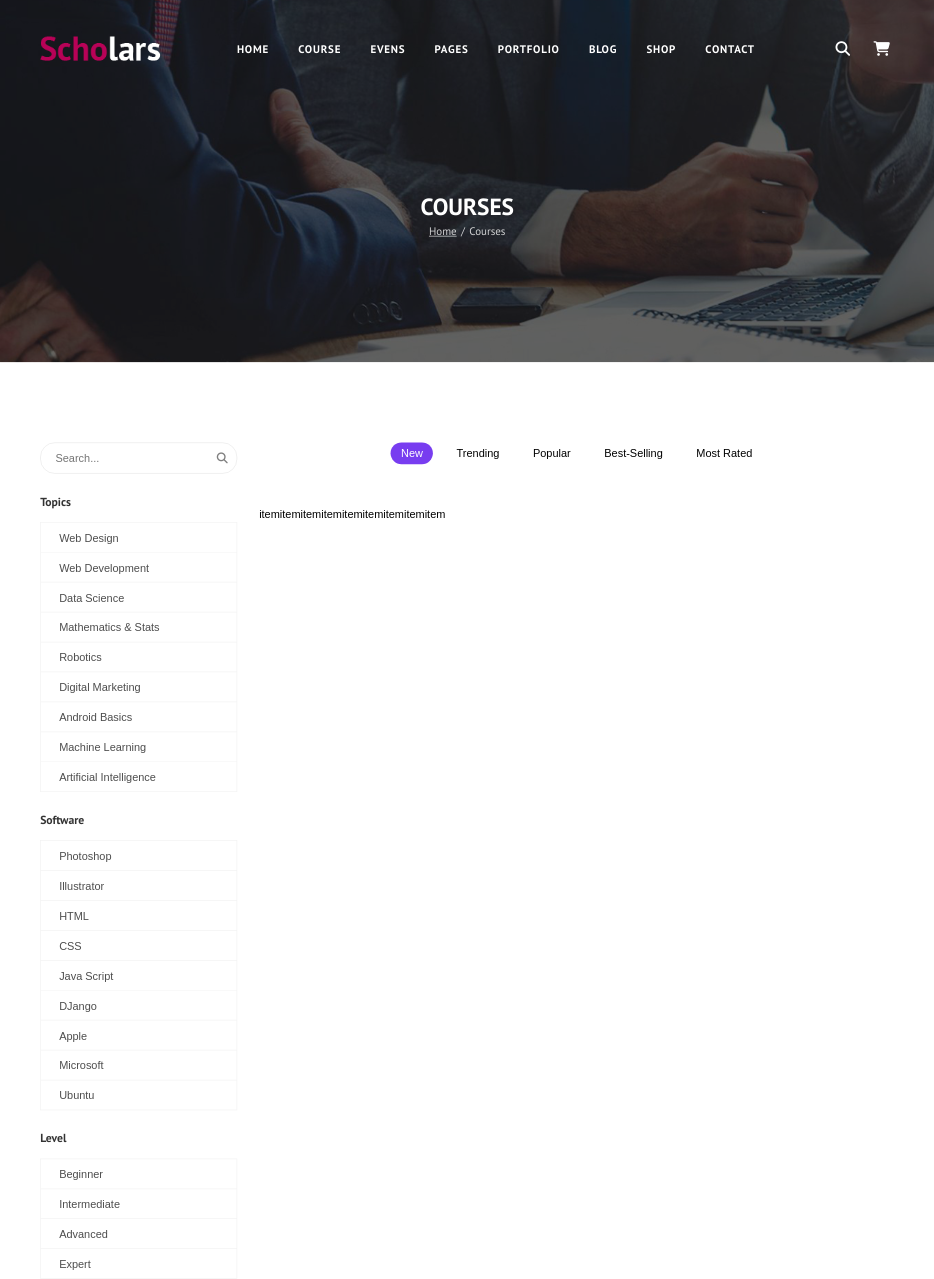
Repository: lannguyen1301/f8-zoom-day-7
Page: index.html
These files come from the project's save history. The page is drawn as it stood at one moment and after the next save; the edit follows.
The browser window is 1280 px wide. The pictures show the whole page, at 73% of full size.
Some web fonts or font styles are not loaded; a fallback is used.

Above is the page before, as saved 2025-04-24 23:52:07.

### index.html
<!DOCTYPE html>
<html lang="en">

<head>
    <meta charset="UTF-8">
    <meta name="viewport" content="width=device-width, initial-scale=1.0">
    <title>Scholars - Education, University & LMS HTML Template</title>

    <!-- Styles -->
    <link rel="stylesheet" href="./assets/css/reset.css">
    <link rel="stylesheet" href="./assets/css/style.css">

    <!-- Icon Font Awesome -->
    <link rel="stylesheet" href="https://cdnjs.cloudflare.com/ajax/libs/font-awesome/6.7.2/css/all.min.css"
        integrity="sha512-Evv84Mr4kqVGRNSgIGL/F/aIDqQb7xQ2vcrdIwxfjThSH8CSR7PBEakCr51Ck+w+/U6swU2Im1vVX0SVk9ABhg=="
        crossorigin="anonymous" referrerpolicy="no-referrer" />

    <!-- Font -->
    <link rel="preconnect" href="https://fonts.googleapis.com">
    <link rel="preconnect" href="https://fonts.gstatic.com" crossorigin>

    <link
        href="https://fonts.googleapis.com/css2?family=PT+Sans:ital,wght@0,400;0,700;1,400;1,700&family=Source+Sans+3:ital,wght@0,200..900;1,200..900&display=swap"
        rel="stylesheet">
</head>

<body>
    <div class="wrapper">
        <!-- Start header wrapper -->
        <div class="header-wrapper">
            <div class="inner">
                <div class="container header-container">
                    <!-- Start Header -->
                    <div class="header">
                        <!-- logo -->
                        <a href="./">
                            <img src="./assets/img/logo/logo.png" alt="Scholars Logo" class="header-logo">
                        </a>

                        <!-- Start Navigation -->
                        <ul class="nav">
                            <li class="item">
                                <a href="#!" class="link">Home</a>
                            </li>
                            <li class="item">
                                <a href="#!" class="link">Course</a>
                            </li>
                            <li class="item">
                                <a href="#!" class="link">Evens</a>
                            </li>
                            <li class="item">
                                <a href="#!" class="link">pages</a>
                            </li>
                            <li class="item">
                                <a href="#!" class="link">Portfolio</a>
                            </li>
                            <li class="item">
                                <a href="#!" class="link">Blog</a>
                            </li>
                            <li class="item">
                                <a href="#!" class="link">Shop</a>
                            </li>
                            <li class="item">
                                <a href="#!" class="link">Contact</a>
                            </li>
                        </ul>
                        <!-- End Navigation -->

                        <!-- User action -->
                        <div class="action-wrapper">
                            <button class="action-btn">
                                <i class="fa-solid fa-magnifying-glass"></i>
                            </button>
                            <button class="action-btn">
                                <i class="fa-solid fa-cart-shopping"></i>
                            </button>
                        </div>
                    </div>
                    <!-- End Header -->

                    <!-- Start Header Content -->
                    <div class="header-content">
                        <h1 class="heading">COURSES</h1>
                        <ul class="breadcrumb">
                            <li>
                                <a href="#!">Home</a>
                            </li>
                            <li>Courses</li>
                        </ul>
                    </div>
                    <!-- End Header Content -->
                </div>
            </div>
        </div>
        <!-- End header wrapper -->

        <!-- Start main -->
        <div class="main">
            <div class="container">
                <div class="inner">
                    <!-- Start sidebar -->
                    <div class="sidebar">
                        <!-- Start search form -->
                        <form action="" class="search-form" autocomplete="off">
                            <input type="text" name="" id="" placeholder="Search..." spellcheck="false"
                                class="search-input">
                            <button class="search-btn">
                                <i class="fa-solid fa-magnifying-glass"></i>
                            </button>
                        </form>
                        <!-- End search form -->

                        <!-- Start sidebar menu -->
                        <h2 class="menu-title">
                            Topics
                        </h2>
                        <ul class="menu">
                            <li>
                                <a href="#!">Web Design</a>
                            </li>
                            <li>
                                <a href="#!">Web Development</a>
                            </li>
                            <li>
                                <a href="#!">Data Science</a>
                            </li>
                            <li>
                                <a href="#!">Mathematics & Stats</a>
                            </li>
                            <li>
                                <a href="#!">Robotics</a>
                            </li>
                            <li>
                                <a href="#!">Digital Marketing</a>
                            </li>
                            <li>
                                <a href="#!">Android Basics</a>
                            </li>
                            <li>
                                <a href="#!">Machine Learning</a>
                            </li>
                            <li>
                                <a href="#!">Artificial Intelligence</a>
                            </li>
                        </ul>

                        <h2 class="menu-title">
                            Software
                        </h2>
                        <ul class="menu">
                            <li>
                                <a href="#!">Photoshop</a>
                            </li>
                            <li>
                                <a href="#!">Illustrator</a>
                            </li>
                            <li>
                                <a href="#!">HTML</a>
                            </li>
                            <li>
                                <a href="#!">CSS</a>
                            </li>
                            <li>
                                <a href="#!">Java Script</a>
                            </li>
                            <li>
                                <a href="#!">DJango</a>
                            </li>
                            <li>
                                <a href="#!">Apple</a>
                            </li>
                            <li>
                                <a href="#!">Microsoft</a>
                            </li>
                            <li>
                                <a href="#!">Ubuntu</a>
                            </li>
                        </ul>

                        <h2 class="menu-title">
                            Level
                        </h2>
                        <ul class="menu">
                            <li>
                                <a href="#!">Beginner</a>
                            </li>
                            <li>
                                <a href="#!">Intermediate</a>
                            </li>
                            <li>
                                <a href="#!">Advanced</a>
                            </li>
                            <li>
                                <a href="#!">Expert</a>
                            </li>
                        </ul>
                        <!-- End sidebar menu -->
                    </div>
                    <!-- End sidebar -->

                    <!-- Start main content -->
                    <div class="main-content">
                        <!-- Start topics -->
                        <ul class="topics">
                            <li class="active">
                                <a href="#!">New</a>
                            </li>
                            <li>
                                <a href="#!">Trending</a>
                            </li>
                            <li>
                                <a href="#!">Popular</a>
                            </li>
                            <li>
                                <a href="#!">Best-Selling</a>
                            </li>
                            <li>
                                <a href="#!">Most Rated</a>
                            </li>
                        </ul>
                        <!-- End topics -->

                        <!-- Start Courses lisst -->
                        <div class="courses-list">
                            <div class="courses-item">item</div>
                            <div class="courses-item">item</div>
                            <div class="courses-item">item</div>
                            <div class="courses-item">item</div>
                            <div class="courses-item">item</div>
                            <div class="courses-item">item</div>
                            <div class="courses-item">item</div>
                            <div class="courses-item">item</div>
                            <div class="courses-item">item</div>
                        </div>
                        <!-- End Courses lisst -->
                    </div>
                    <!-- End main content -->
                </div>
            </div>
        </div>
        <!-- End main -->
    </div>

</body>

</html>

### assets/css/style.css
*,
::before,
::after {
    box-sizing: border-box;
}

:root {
    --heading-font: "PT Sans", sans-serif;
    --black: #000;
    --white: #fff;
    --primary: #b80257;
    --secondary: #783df0;
}

html {
    font-size: 62.5%;
}

body {
    scroll-behavior: smooth;
    font-family: "Source Sans 3", sans-serif;
    font-size: 1.5rem;
}

h1,
h2,
h3,
h4,
h5,
h6 {
    font-family: var(--heading-font);
    font-weight: 700;
}

input,
button {
    border: none;
    outline: none;
    background: transparent;
    cursor: pointer;
}

a,
img,
button,
input,
textarea,
select {
    font-size: inherit;
    font-family: inherit;
    color: inherit;
    -webkit-tap-highlight-color: transparent;
    /**
        Thuộc tính -webkit-tap-highlight-color được sử dụng trong CSS
        để kiểm soát hiệu ứng highlight (màu nhấp nháy) khi người dùng chạm vào
        một phần tử trên các thiết bị di động sử dụng trình duyệt WebKit (Safari, Chrome trên iOS).
    **/
}

.container {
    width: 1170px;
    max-width: 100%;
    margin: 0 auto;
}

/* Start header wrapper */
.header-wrapper {
    display: flex;
    width: 100%;
    min-height: 496px;
    background-image: url(../img/banner/banner-2.jpg);
    background-repeat: no-repeat;
    background-size: cover;
    background-position: center;
}

.header-wrapper .inner {
    display: flex;
    width: 100%;
    background: rgba(0, 0, 0, 0.6);
}

.header-container {
    display: flex;
    flex-direction: column;
}

.header {
    display: flex;
    align-items: center;
    justify-content: space-between;
    padding-top: 40px;
}

.header-content {
    display: flex;
    flex-direction: column;
    align-items: center;
    justify-content: center;
    gap: 10px;
    flex-grow: 1;
    color: var(--white);
}

.header .nav {
    display: flex;
}

.nav a {
    display: inline-block;
    padding: 20px;
    color: var(--white);
    text-transform: uppercase;
    text-decoration: none;
    font-family: var(--heading-font);
    font-weight: 700;
    font-size: 1.5rem;
    letter-spacing: 1.1px;
}

.action-wrapper {
    display: flex;
    align-items: center;
    justify-content: center;
    gap: 20px;
}

.action-btn {
    font-size: 2rem;
    color: var(--white);
}

h1.heading {
    font-size: 3.2rem;
}

.breadcrumb {
    display: flex;
    font-family: var(--heading-font);
    font-size: 1.5rem;
    color: #fffc;
}

.breadcrumb li + li::before {
    content: "/";
    padding: 0 6px;
}

/* Start main */
.main {
    margin-top: 110px;
}

.main .inner {
    display: flex;
    gap: 30px;
}

/* Start sidebar */
.sidebar {
    width: 270px;
}

.search-form {
    display: flex;
    align-items: center;
    height: 43px;
    border: 1px solid #00000017;
    border-radius: 20px;
    overflow: hidden;
}

.search-input {
    flex-grow: 1;
    padding-left: 20px;
}

.search-input:not(:placeholder-shown) + .search-btn {
    color: #333;
}

.search-btn {
    padding: 0 20px;
    /* height: 100%; */
    align-self: stretch;
    color: #00000080;
}

.menu-title {
    margin-top: 30px;
    color: #333;
    font-size: 1.6rem;
}

ul.menu {
    margin-top: 20px;
    border: 1px solid #0000000d;
}

ul.menu li + li {
    border-top: 1px solid #0000000d;
}

.menu a {
    display: flex;
    align-items: center;
    height: 40px;
    padding: 0 25px;
    color: #000000b3;
    text-decoration: none;
}

.menu a:hover {
    color: var(--secondary);
}

.main .main-content {
    flex-grow: 1;
}

/* Topics */
.topics {
    display: flex;
    gap: 18px;
    justify-content: center;
}

.topics a {
    display: inline-block;
    height: 30px;
    padding: 0 14px;
    border-radius: 999px;
    text-decoration: none;
    line-height: 30px;
}

.topics .active a,
.topics a:hover {
    background: var(--secondary);
    /* border-radius: 999px; */
    color: var(--white);
}

/* Courses list */
.courses-list {
    display: flex;
    margin-top: 60px;
}

Loaded but not shown: assets/css/reset.css (common file)

After the next save:
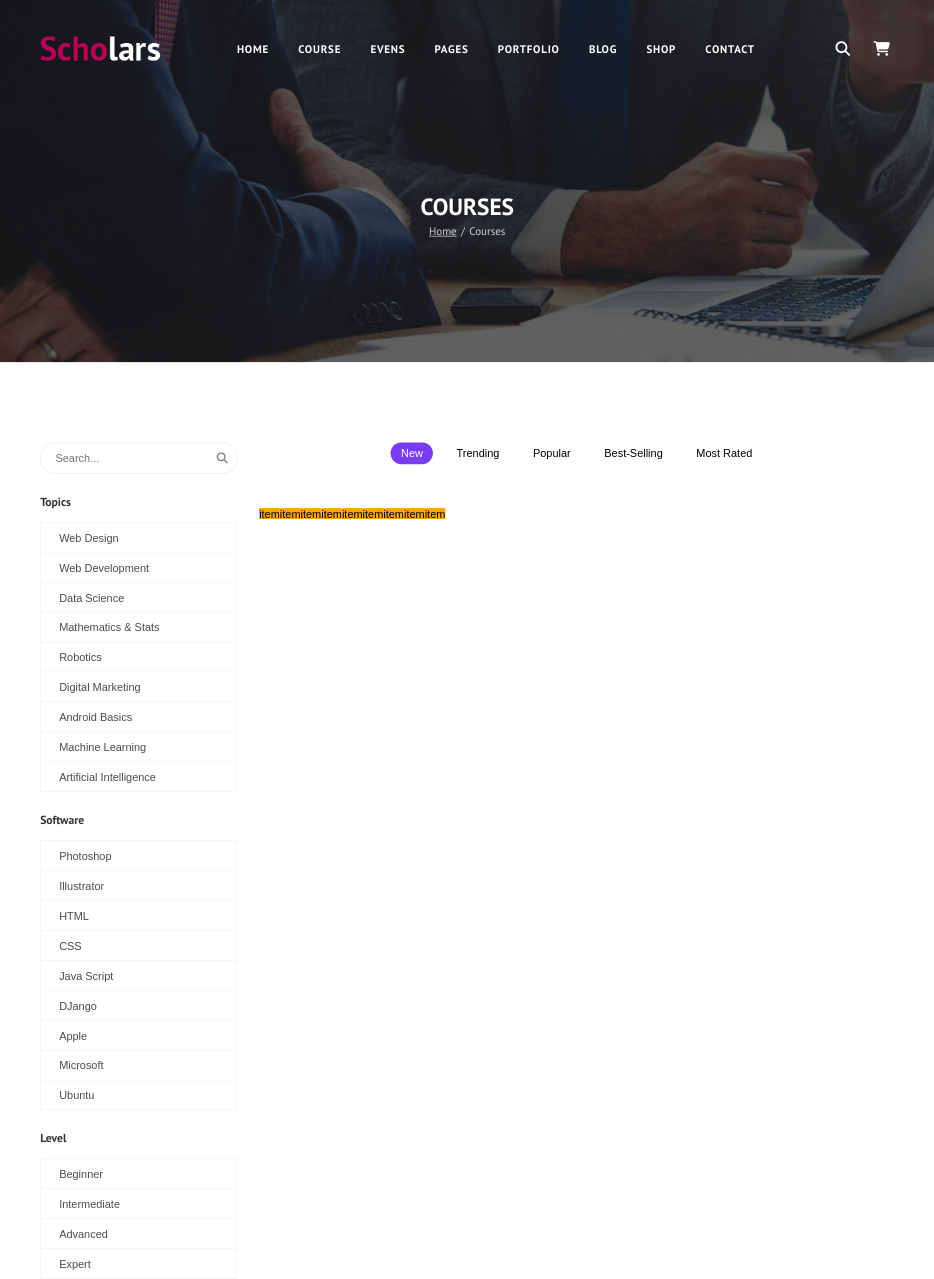
Saved 33 s later.
--- a/assets/css/style.css
+++ b/assets/css/style.css
@@ -246,3 +246,7 @@ ul.menu li + li {
     display: flex;
     margin-top: 60px;
 }
+
+.courses-item {
+    background: orange;
+}
